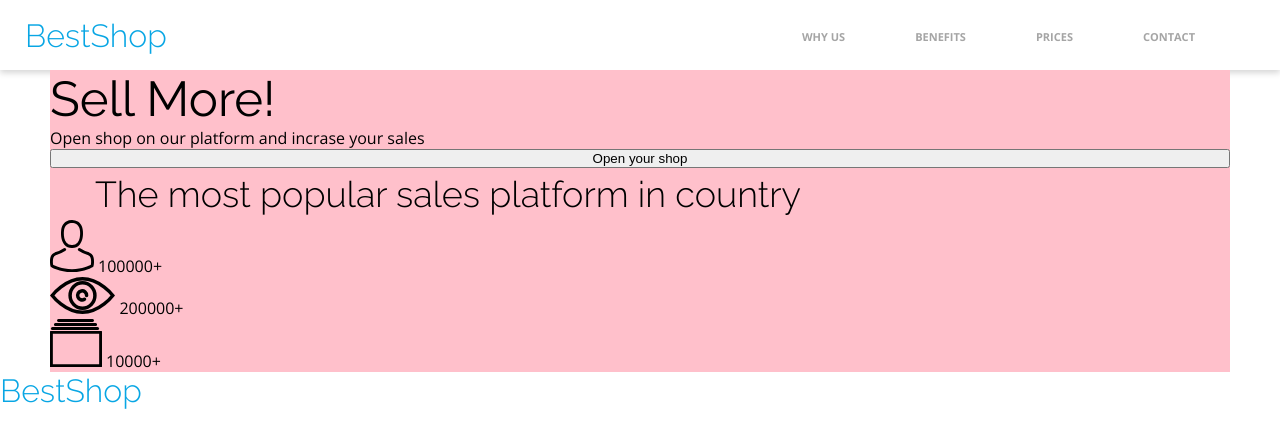
Repository: artwol993/BestShop
Page: index.html
An editor plug-in stored every save of this project. The page is shown before and after the next save, followed by the edit.
The browser window is 1280 px wide. The pictures show the whole page.
The style sheet was rebuilt from its Sass, Less or Tailwind sources for each picture, by a compiler version that may differ from the author's.

Above is the page before, as saved 2020-05-27 22:57:42.

### index.html
<!DOCTYPE html>
<html lang="en">
<head>
    <meta charset="UTF-8">
    <meta name="viewport" content="width=device-width, initial-scale=1.0">
    <title>BestShop[artwol993]</title>
    <link rel="stylesheet" href="css/main.css">
    <style>
        @import url('https://fonts.googleapis.com/css2?family=Open+Sans:wght@400;700&display=swap');
    </style>
    <style>
        @import url('https://fonts.googleapis.com/css2?family=Raleway:wght@300;400;700;800&display=swap');
    </style>
</head>
<body>
    <div class="main__container">
        <header>
            <div class="logo">BestShop</div>
            <nav class="nav">
                <!-- <button class="hamburger" aria-label="Menu">
                    <span class="hamburger__container" tabindex="-1">
                        <span class="hamburger__bars"></span>
                      </span>
                </button> -->
                <div class="side__menu">
                    <ul class="nav__list">
                        <li class="nav__list-item"><a href="" class="nav__link">why us</a></li>
                        <li class="nav__list-item"><a href="" class="nav__link">benefits</a></li>
                        <li class="nav__list-item"><a href="" class="nav__link">prices</a></li>
                        <li class="nav__list-item"><a href="" class="nav__link">contact</a></li>
                    </ul>
                </div>
            </nav>
        </header>
        <div class="content__container">
            <main>
                <section class="welcome">
                    <h1>Sell More!</h1>
                    <p>Open shop on our platform and incrase your sales</p>
                    <button>Open your shop</button>
                </section>
                <section class="stats">
                    <h2>The most popular sales platform in country</h2>
                    <div class="stats__container">
                        <stats__bin>
                            <div class="stats-circle"></div>
                            <img src="./assets/Person.svg" alt="person-contour">
                            <span>100000+</span>
                            <p></p>
                        </stats__bin>
                        <stats__bin>
                            <div class="stats-circle"></div>
                            <img src="./assets/Eye.svg" alt="person-contour">
                            <span>200000+</span>
                            <p></p>
                        </stats__bin>
                        <stats__bin>
                            <div class="stats-circle"></div>
                            <img src="./assets/Catalog.svg" alt="person-contour">
                            <span>10000+</span>
                            <p></p>
                        </stats__bin>
                    </div>
                </section>
                <section class="profits"></section>
                <section class="pricing"></section>
                <section class="contact"></section>
            </main>
        </div>

        <footer>
            <div class="logo">BestShop</div>
            <div class="footer-icon"></div>
            <div class="footer-icon"></div>
        </footer>
    </div>
</body>
</html>

### scss/main.scss
    $c-primary-first: #08a6e4;
    $c-primary-second: #fb3b64;
    $c-primary-third: #55dfb4;
    $c-black: #000000;
    $c-white: #ffffff;
    $c-background: #f7f7f7;
    $c-details: #a5a5a5;
    $c-shadow: #00000029;
    $f-h: 'Raleway', sans-serif;
    $f-p: 'Open Sans', sans-serif;
    $fw-light: 300;
    $fw-normal: 400;
    $fw-bold: 700;
    $fw-black: 800;

/*reset*/

  * {
      margin: 0;
      padding: 0;
      box-sizing: border-box;
  }

  /* fonts */

  a, p, ul, span {
    font-family: $f-p;
  }

  h1 {
    font-size: 3.063rem;
    font-weight: $fw-normal;
    font-family: $f-h;
    color: $c-black;
  }

  h2 {
    font-size: 2.25rem;
    font-weight: $fw-light;
    margin: 5px 45px;
    font-family: $f-h;
    color: $c-black;
  }

  h3 {
    font-size: 1.25rem;
    font-weight: $fw-bold;
    margin: 5px;
    font-family: $f-h;
    color: $c-black;
  }

  .logo {
    font-size: 2rem;
    font-weight: $fw-light;
    font-family: $f-h;
    color: $c-primary-first;
    text-decoration: none;
    cursor: pointer;
  }

  .body {
      width: 100vh;
  }
  /*header*/
  header {
      height: 70px;
      display: flex;
      align-items: center;
      justify-content: space-between;
      padding: 0 25px;
      box-shadow: 0px 3px 6px $c-shadow;
  }

//   .hamburger {
//     margin: 0;
//     padding: 0;
//     border: 0;
//     background-color: transparent;
//     cursor: pointer;
//     &:focus {
//         & > .hamburger__container {
//           	box-shadow: 0 0 2px 2px #51a7e8;
//         }
//     }
//   }

//   .hamburger__container {
//     display: flex;
//     align-items: center;
//     position: relative;
//     width: 35px;
//     height: 30px;
//   }

//   .hamburger__bars {
//     position: absolute;
//     width: 35px;
//     height: 2px;
//     background-color: #000;
//     transition: transform 220ms ease-in-out;
//     &:before, &:after {
//         display: block;
//         position: absolute;
//         width: 35px;
//         height: 2px;
//         background-color: #000;
//         content: '';
//     }
//     &:before {
//         top: -12px;
//         transition: top 100ms 250ms ease-in, transform 220ms ease-in-out;
//     }
//     &:after {
//         bottom: -12px;
//         transition: bottom 100ms 250ms ease-in,
//           			transform 220ms ease-in-out;
//     }
//   }

//   .hamburger--active {
//     .hamburger__bars {
//         transform: rotate(225deg);
//         transition: transform 220ms 120ms ease-in-out;
//         &:before {
//             top: 0;
//             transition: top 100ms ease-out;
//         }
//         &:after {
//             bottom: 0;
//             transform: rotate(-90deg);
//             transition: bottom 100ms ease-out,
//             		  	transform 220ms 120ms ease-in-out;
//         }
//     }
// }

//   .hamburger, .hamburger__container {
//     &:focus {
//       	outline: none;
//   	}
//   }

//   .side__menu {
//     display: flex;
//     box-sizing: border-box;
//     position: absolute;
//     height: 70%;
//     width: 200px;
//     top: 70px;
//     right: -300px;
//     padding: 0;
//     background-color: red;
//     transition: 0.3s transform ease-in-out;
//   }

//   .side__menu ul {
//     position: absolute;
//     display: flex;
//     flex-direction: column;
//     box-sizing: border-box;
//     height: calc(100% - 70px);
//     flex-wrap: wrap;
//     margin: 0 10px;
//     padding: 0;
//     list-style-type: none;
//     align-content: flex-start;
//   }

//   .side-__menu ul li {
//     display: flex;
//     flex-direction: column;
//     height: 30px;
//     background: $c-primary-second;
//     flex-basis: 100%;
//     margin-top: 70px;
//     color: #696e9e;
//     border-radius: 5px;
//     overflow: hidden;
//   }

//   .side__menu ul li a {
//     display: flex;
//     padding: 10px;
//     align-items: center;
//     width: 100%;
//     height: 100%;
//     background: $c-primary-third;
//     text-decoration: none;
//     box-sizing: border-box;
//   }

//   .hamburger:focus ~ .side__menu, .side__menu:hover {
//     transform: translateX(-300px);
//   }

.nav__list {
  display: flex;
  justify-content: space-around;
  align-items: center;
}

.nav__list-item {
  padding: 10px;
  list-style: none;
  margin-right: 50px;
}

.nav__link {
  color: $c-details;
  font-weight: $fw-bold;
  text-decoration: none;
  text-transform: uppercase;
  font-size: 11px;
}

.nav__link:hover {
  color: $c-black;
  border-bottom: solid 3px $c-primary-first;
  padding-bottom: 23px;
}

.content__container {
  width: 100wv;
  margin: 0 50px;
  background: pink;
}

.welcome {
  display: flex;
  flex-direction: column;
  justify-content: center;
}

After the next save:
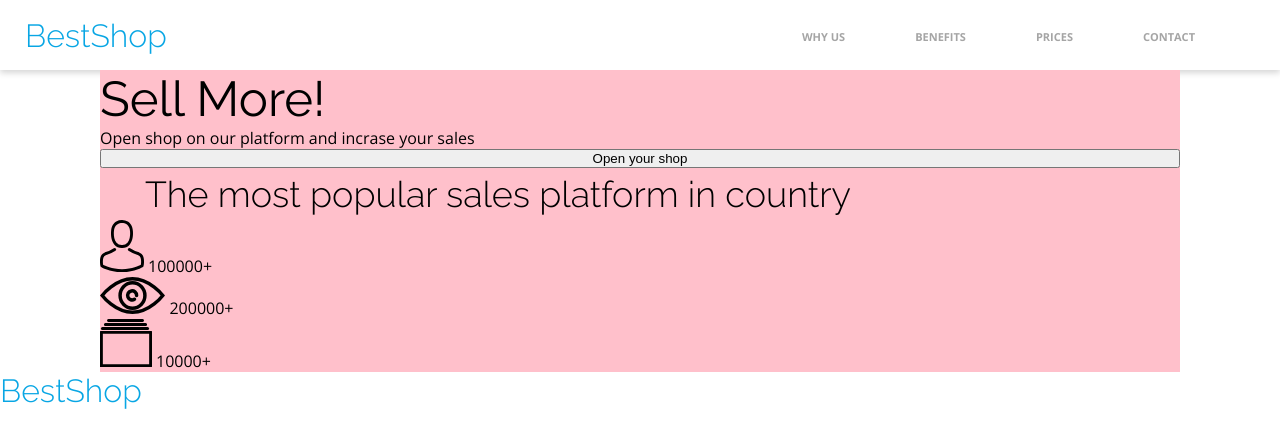
Saved 11 s later.
--- a/scss/main.scss
+++ b/scss/main.scss
@@ -222,7 +222,7 @@
 
 .content__container {
   width: 100wv;
-  margin: 0 50px;
+  margin: 0 100px;
   background: pink;
 }
 
